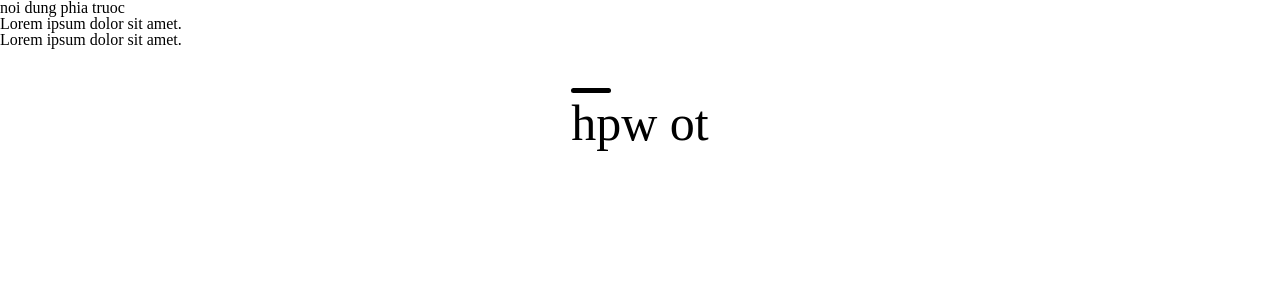
Repository: hoang71299/fe_26
Page: noti/index.html
The author's editor kept a copy of each file at every save. The page is drawn from the files as they stood at one save, then again after a run of saves.
The browser window is 1280 px wide. The pictures show the whole page.

Above is the page before, as saved 2023-04-07 00:05:45.

### noti/index.html
<!DOCTYPE html>
<html lang="en">
<head>
  <meta charset="UTF-8">
  <meta http-equiv="X-UA-Compatible" content="IE=edge">
  <meta name="viewport" content="width=device-width, initial-scale=1.0">
  <title>Document</title>
  <link rel="stylesheet" href="style.css">
</head>
<body>
  <div class="box">
    <p>Lorem ipsum dolor sit amet.</p>
    <p>Lorem ipsum dolor sit amet.</p>
  </div>
  <h2 class="heading">hpw ot</h2>
</body>
</html>

### noti/style.css
*,
*:before,
*:after {
  box-sizing: border-box;
}
* {
  margin: 0;
  padding: 0;
  font: inherit;
}
img,
picture,
svg,
video {
  display: block;
  max-width: 100%;
}
input,
select,
textarea {
  background-color: transparent;
  outline: none;
}
button {
  cursor: pointer;
  background-color: transparent;
  outline: none;
  border: 0;
}
ul,ol{
  list-style: none;
}
body {
  min-height: 100vh;
  font-weight: 400;
  font-size: 16px;
  line-height: 1;
}
.box::before{
  content: "noi dung phia truoc";
}
.heading{
  text-align: center;
  font-size: 50px;
  margin-top: 50px;
  position: relative;
}
.heading::before{
  content: "";
  width: 40px;
  height: 5px;
  background-color: #000;
  display: inline-block;
  border-radius: 999px;
  position: absolute;
  top: -10px;
  transform: tr;
}

After the next 2 saves:
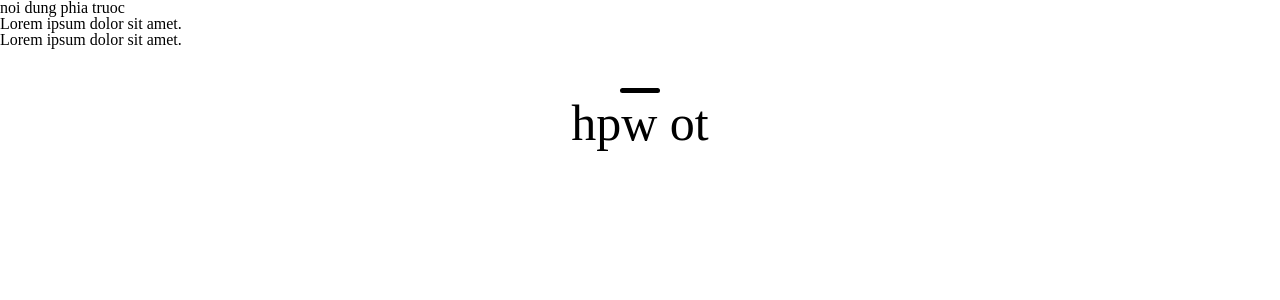
The 2 saves are shown as one change because they came seconds apart.
The last was saved 7 s later.
--- a/noti/style.css
+++ b/noti/style.css
@@ -54,5 +54,6 @@
   border-radius: 999px;
   position: absolute;
   top: -10px;
-  transform: tr;
+  transform: translateX(-50%);
+  left: 50%;
 }
